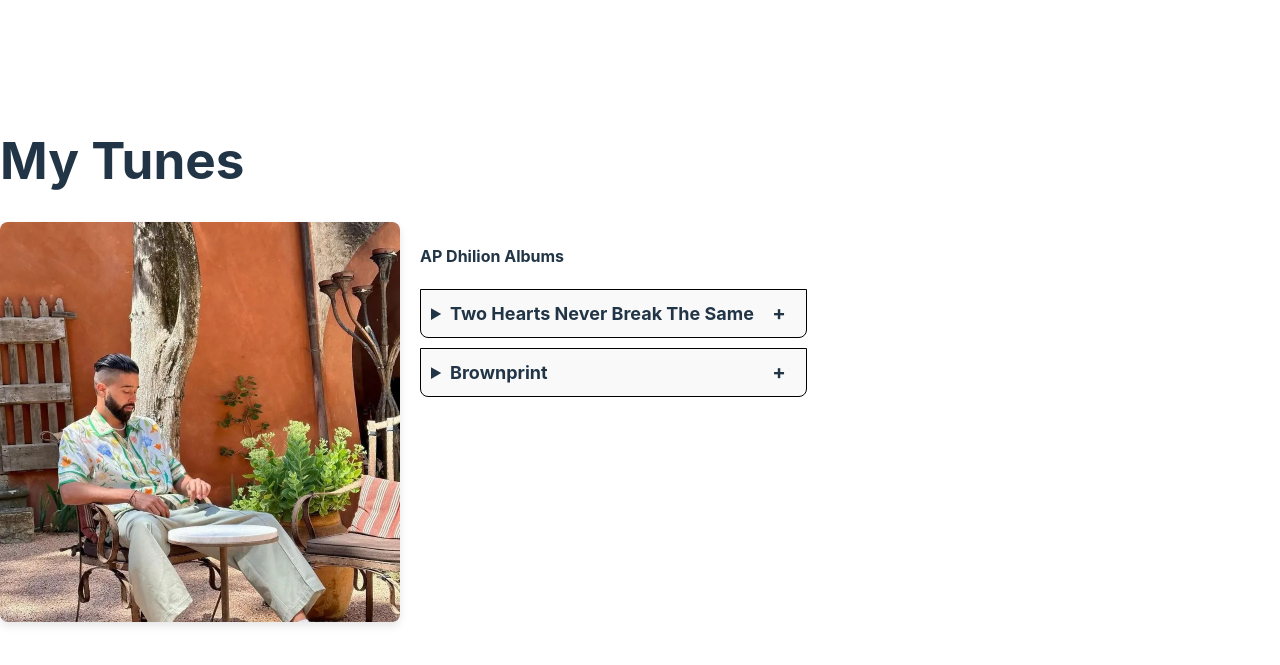
Repository: GavinPahal/my_app
Page: / (app in react/)
An editor plug-in stored every save of this project. The page is shown before and after the next save, followed by the edit.
The browser window is 1280 px wide. The pictures show the whole page.
The project was rebuilt for these pictures with package versions that can differ from the ones it lists, and the page was loaded fresh each time. Also part of the build but not shown: react/vite.config.js.

Above is the page before, as saved 2024-09-15 18:20:19.

### react/src/App.jsx
import { useState } from 'react'
import ap from '/Untitled-34.jpg'
import './App.css'

function App() {
  return (
    <>
    <h1 className='heading'>My Tunes</h1>
    <div className="container">
      <img src={ap} alt="Vite logo" width={400} height={400}/>
      <div className="album">
      <h4 className='ap'>AP Dhilion Albums</h4>
        <details name="reqs">
          <summary>Two Hearts Never Break The Same</summary>
          <ol>
            <li>All Night(Live)</li>
            <li>Hills</li>
            <li>SummerHigh</li>
            <li>Wo Noor</li>
            <li>Dil Nu</li>
          </ol>
        </details>
        <details name="reqs">
          <summary>Brownprint</summary>
          <ol>
            <li>Brownprint</li>
            <li>315</li>
            <li>Old Money</li>
            <li>Losing Myself</li>
            <li>Distance</li>
            <li>After Midnight</li>
            <li>Bora Bora</li>
            <li>Sweet Flower</li>
            <li>To Be Contuined</li>
          </ol>
        </details>
      </div>
    </div>
    </>
  )
}

export default App

### react/src/App.css
.container {
  display: flex;
  justify-content: center;
  align-items: flex-start;
  margin-top: 20px;
}

.title {
  font-size: 32px;
  font-weight: bold;
  margin-bottom: 20px;
  text-align: center;
}

.subheading {
  font-size: 24px;
  font-weight: bold;
  margin-bottom: 10px;
}

img {
  border-radius: 8px;
  box-shadow: 0 4px 8px rgba(0, 0, 0, 0.1);
  margin-right: 20px;
}

.album {
  display: flex;
  flex-direction: column;
  max-width: 400px;
}

details {
  width: 100%;
  margin-bottom: 10px;
  border: 1px solid #000000;
  border-radius: 0 0 8px 8px;
  padding: 10px;
  background-color: #f9f9f9;
  position: relative;
  list-style: none;
}

summary {
  font-size: 18px;
  font-weight: bold;
  cursor: pointer;
  position: relative;
  padding-right: 20px; /* Create space for the plus/minus sign */
}

summary:hover {
  color: #007bff;
}

details[open] summary {
  color: #007bff;
}

summary::after {
  content: '+';
  position: absolute;
  right: 0;
  font-size: 20px;
  top: 0;
  bottom: 0;
  display: flex;
  align-items: center;
  padding-right: 10px;
  transition: content 0.3s ease;
}

details[open] summary::after {
  content: '-';
}

ol {
  padding-left: 20px;
  margin: 10px 0;
  list-style: decimal;
}

Loaded but not shown: react/index.html (common file); react/src/main.jsx (common file); react/src/index.css (common file)

After the next save:
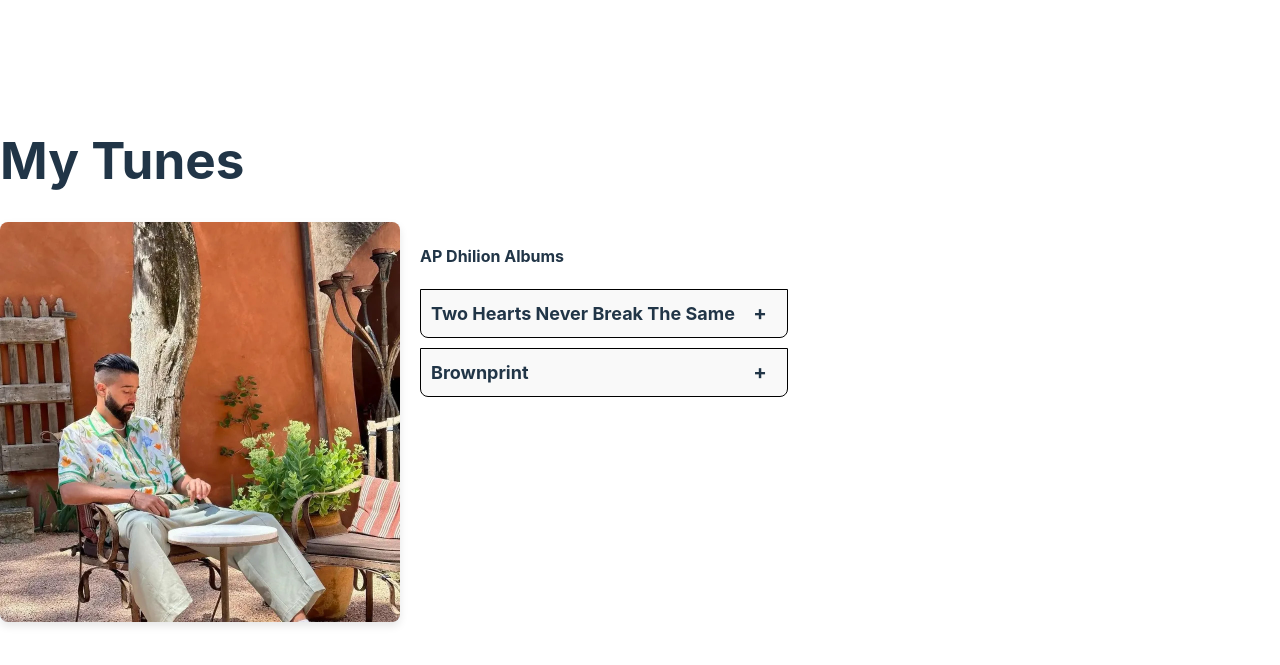
Saved 14 s later.
--- a/react/src/App.css
+++ b/react/src/App.css
@@ -38,7 +38,6 @@
   padding: 10px;
   background-color: #f9f9f9;
   position: relative;
-  list-style: none;
 }
 
 summary {
@@ -46,7 +45,8 @@
   font-weight: bold;
   cursor: pointer;
   position: relative;
-  padding-right: 20px; /* Create space for the plus/minus sign */
+  padding-right: 20px;
+  list-style: none;
 }
 
 summary:hover {
